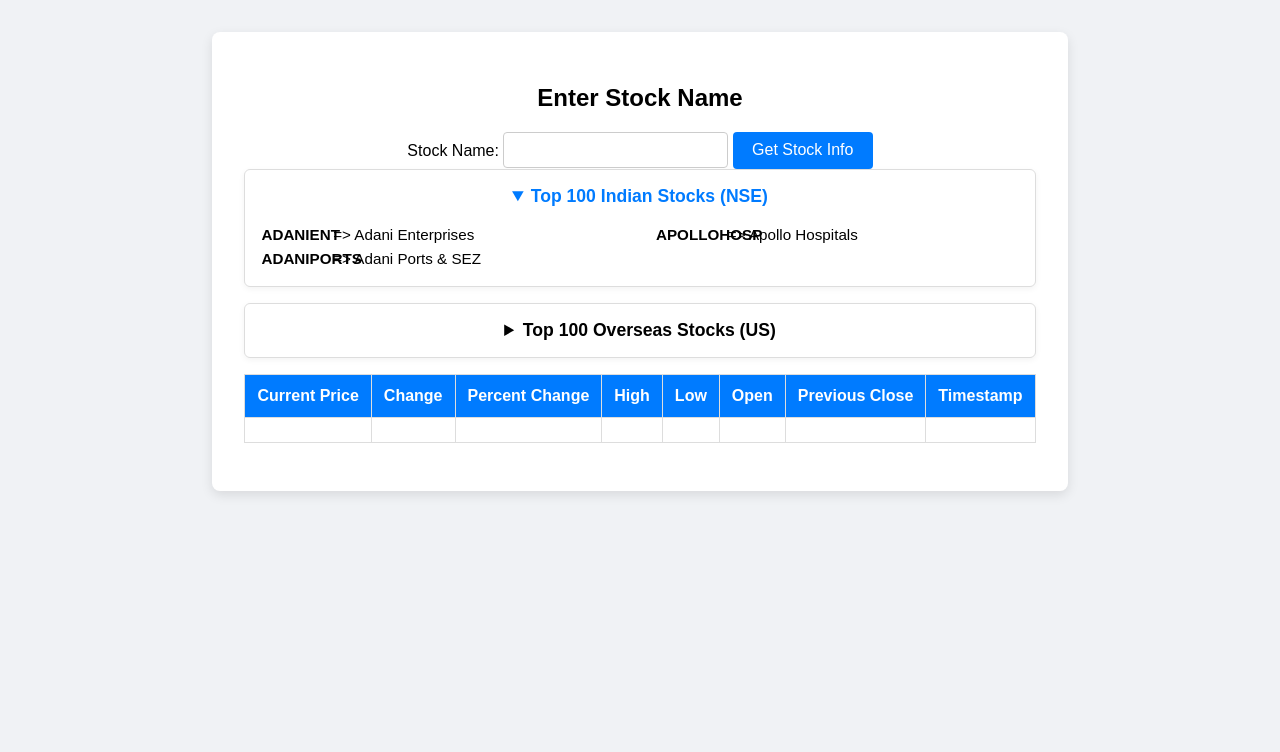
Repository: RamGochade39/Live-Share-Market-Tracker-Microservices-Based-Real-Time-Stock-Info-App
Page: http://localhost/Stock-Price-Enquary-App/views/index.jsp
An editor plug-in stored every save of this project. The page is shown before and after the next save, followed by the edit.
The browser window is 1280 px wide. The pictures show the whole page.
The page is served by Tomcat 10. The template is opened directly, without the code that normally fills it, so the values that code supplies are empty.

Above is the page before, as saved 2025-06-21 07:50:23.

After the next save:
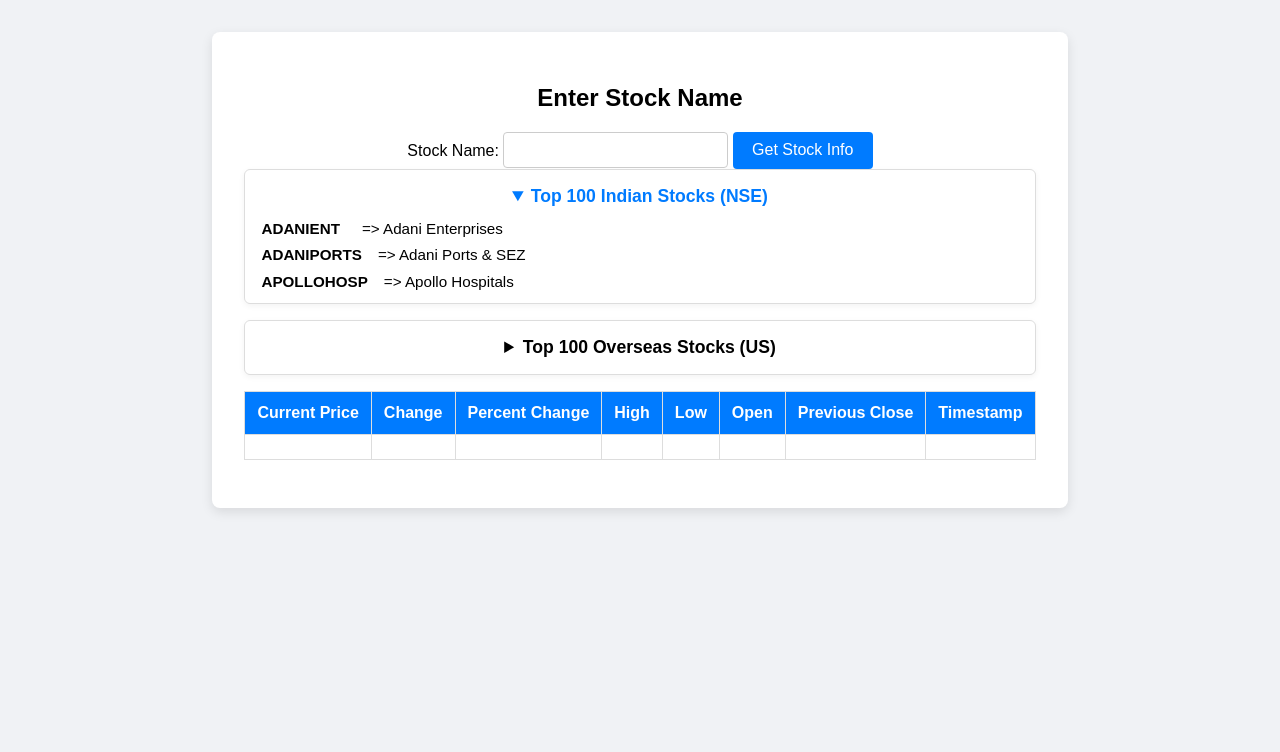
Saved 76 s later.
--- a/Stock-Price-Enquary-App/src/main/webapp/views/index.jsp
+++ b/Stock-Price-Enquary-App/src/main/webapp/views/index.jsp
@@ -45,24 +45,23 @@
       color: #007bff;
     }
     .stock-list {
-      max-height: 150px;
+      max-height: 200px;
       overflow-y: auto;
-      padding: 0.5rem 0;
+      padding: 0;
       margin: 0;
       list-style: none;
       text-align: left;
-      column-count: 2;
-      column-gap: 2rem;
     }
     .stock-list li {
-      padding: 0.2rem 0;
-      break-inside: avoid;
+      display: flex;
+      align-items: baseline;
+      padding: 0.3rem 0;
       font-size: 0.95rem;
     }
     .stock-list li span.symbol {
       font-weight: bold;
-      display: inline-block;
-      width: 8ch;
+      min-width: 10ch;
+      margin-right: 1rem;
     }
     table {
       border-collapse: collapse;
